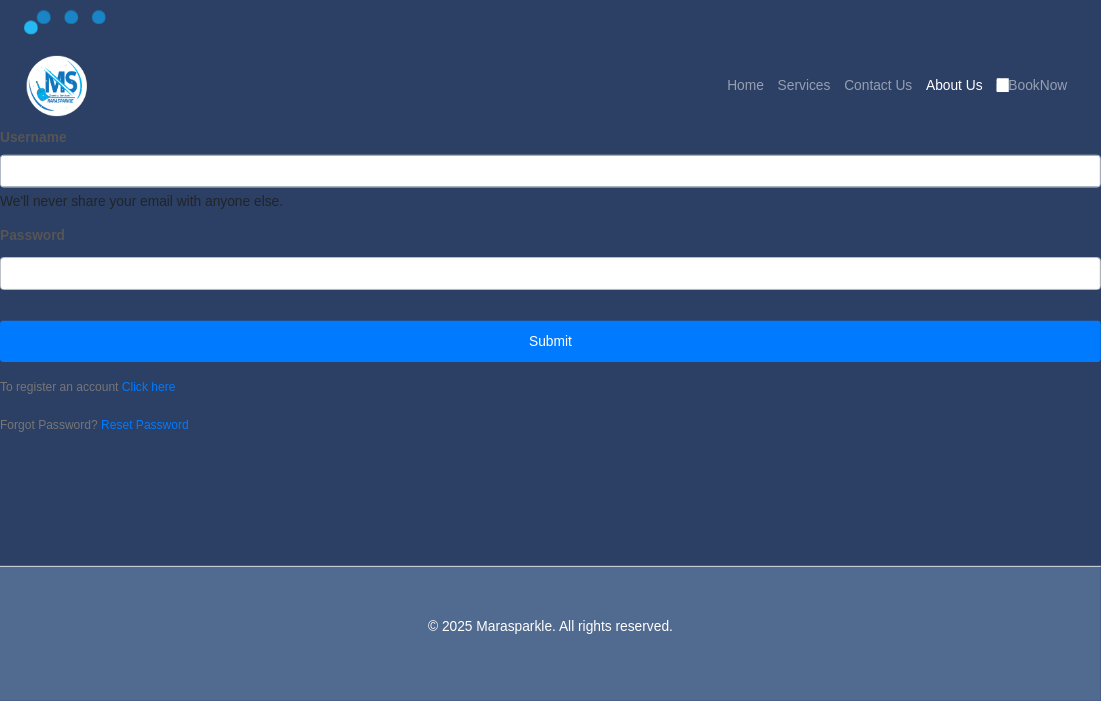
Repository: guineveretim/sparkle
Page: http://localhost/login/
These files come from the project's save history. The page is drawn as it stood at one moment and after the next save; the edit follows.
The browser window is 1280 px wide. The pictures show the whole page, at 86% of full size.
The page is served by the project's application, run on Django 5.2 (manage.py).

Above is the page before, as saved 2025-03-26 15:05:48.

After the next save:
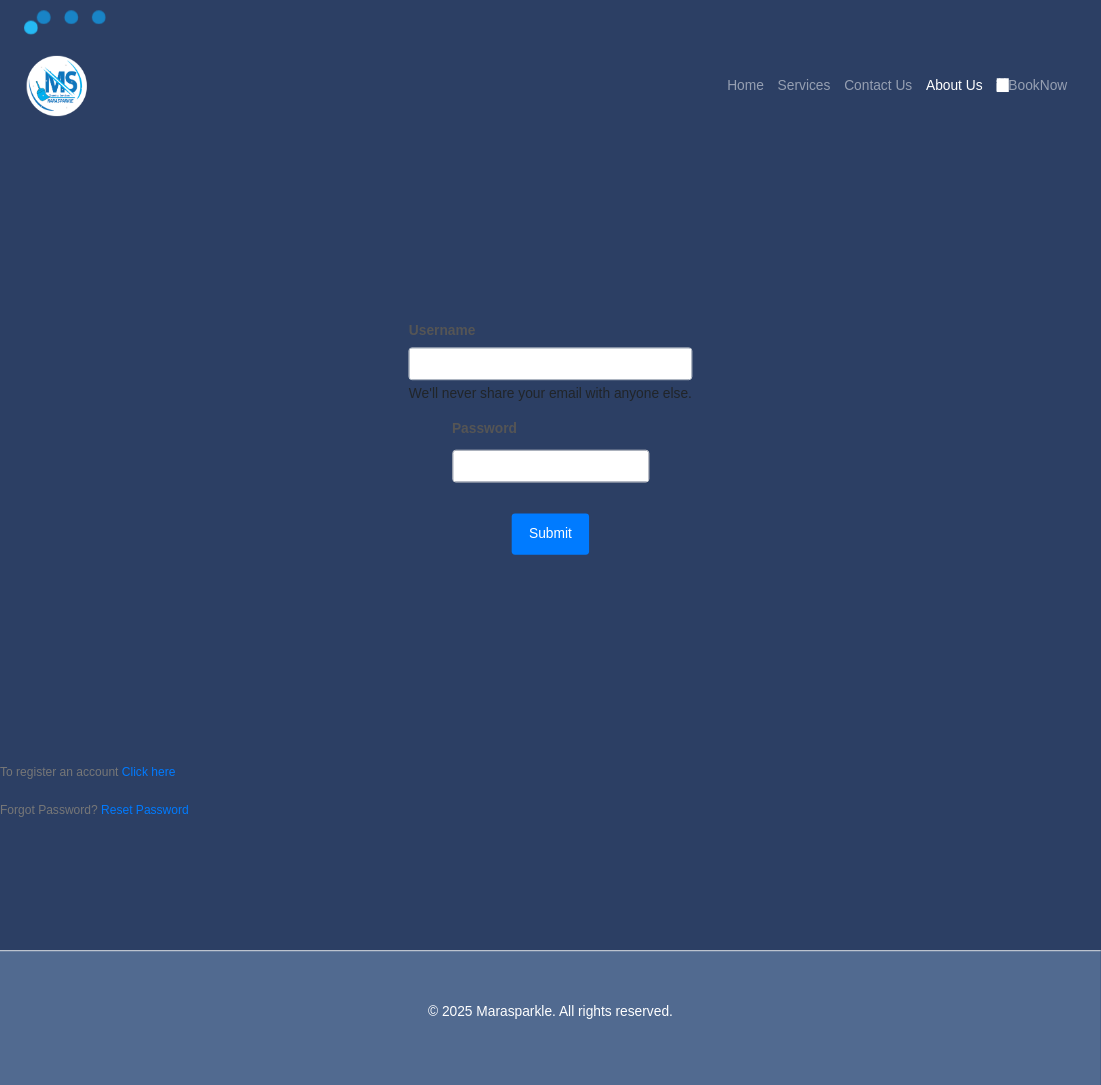
Saved 44 s later.
--- a/static/css/authentication/login.css
+++ b/static/css/authentication/login.css
@@ -37,9 +37,13 @@ h2 {
 }
 
 form {
+  margin: 0;
+  padding: 0;
   display: flex;
+  justify-content: center;
+  align-items: center;
+  min-height: 100vh;
   flex-direction: column;
-  align-items: stretch;
 }
 
 form p {
